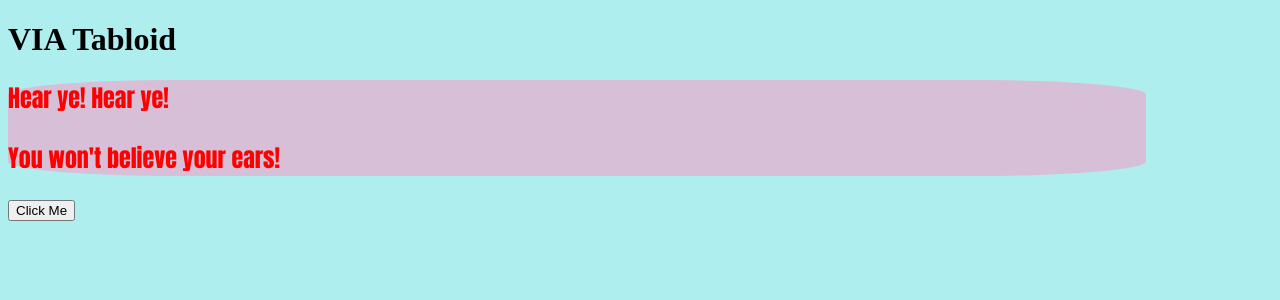
Repository: pimbp/doc_assign
Page: Frontend/index.html
The author's editor kept a copy of each file at every save. The page is drawn from the files as they stood at one save, then again after the next save.
The browser window is 1280 px wide. The pictures show the whole page.

Above is the page before, as saved 2026-02-25 16:38:34.

### Frontend/index.html
<!DOCTYPE html>
<html>
<head>
    <link rel="stylesheet" href="style/fancy.css">
</head>
<body>
    <h1>VIA Tabloid</h1>
    <div id="sensational">

        Hear ye! Hear ye!
        <p>
            You won't believe your ears!
        </p>

    </div>
    <button onclick="myFunction()">Click Me</button>
    <script src="functions/funct.js"></script>
</body>
</html>

### Frontend/style/fancy.css
body { background-color: paleturquoise; }

#sensational {
    font-family: Impact, Haettenschweiler, 'Arial Narrow Bold', sans-serif;
    font-size: 24px;
    color: red;
    font-weight: bold;

    max-width: 90%;
    background-color: thistle;
    border-radius: 15%;
}
#sensational.p {
    font-family: 'Courier New', Courier, monospace;
    font-size: 18px;
    color: purple;
}

### Frontend/functions/funct.js
function myFunction() { alert('Connected!'); }

After the next save:
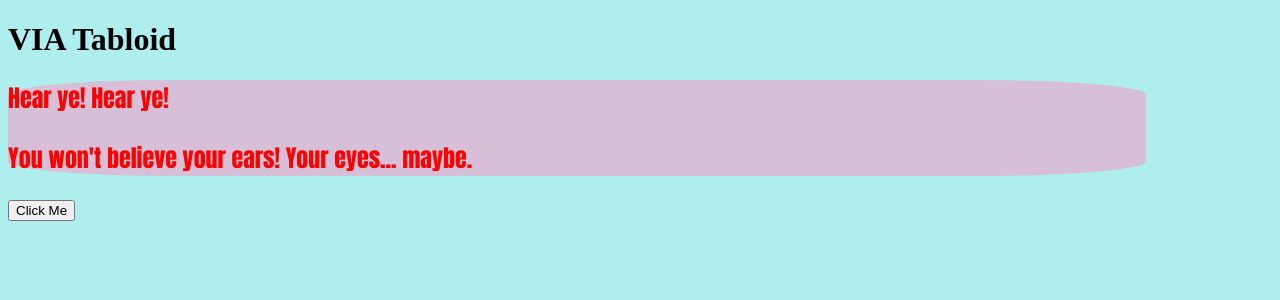
Saved 8 s later.
--- a/Frontend/index.html
+++ b/Frontend/index.html
@@ -9,7 +9,7 @@
 
         Hear ye! Hear ye!
         <p>
-            You won't believe your ears!
+            You won't believe your ears! Your eyes... maybe.
         </p>
 
     </div>
